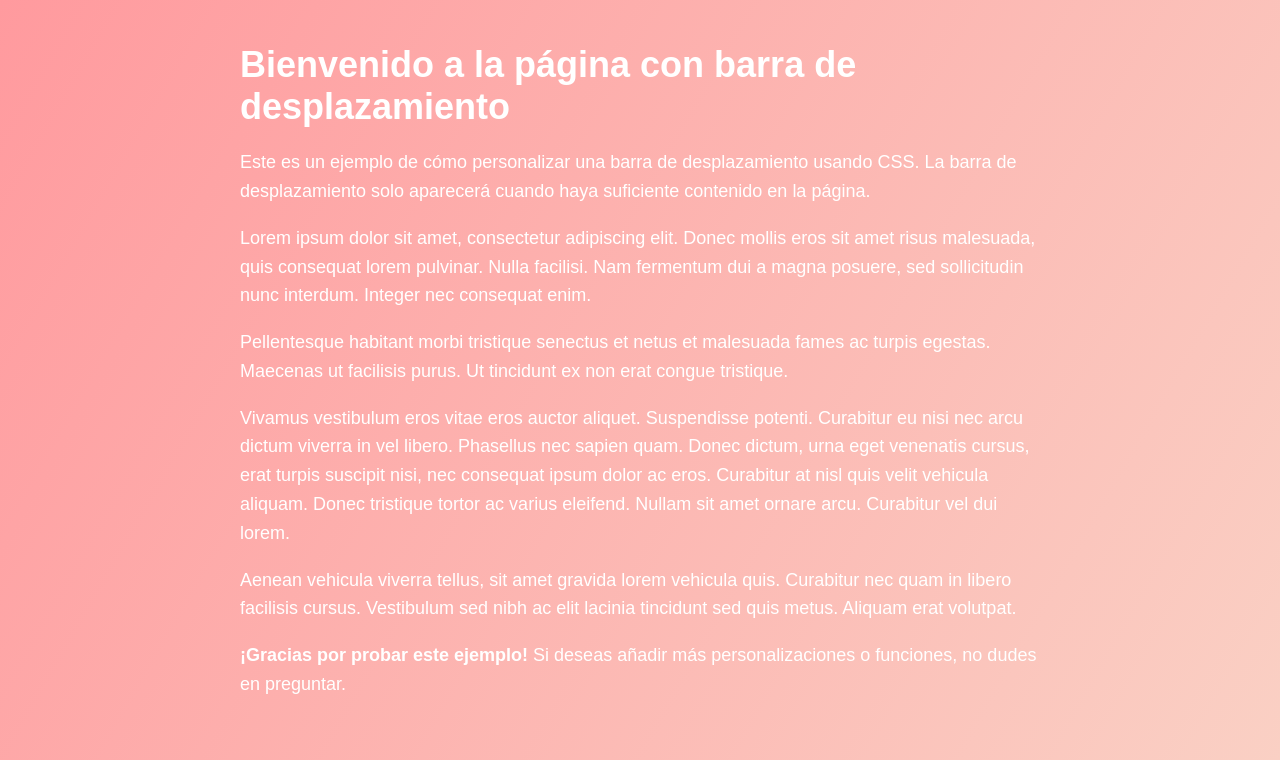
Repository: Jchimbo99/Esposa
Page: index.html
An editor plug-in stored every save of this project. The page is shown before and after the next save, followed by the edit.
The browser window is 1280 px wide. The pictures show the whole page.

Above is the page before, as saved 2025-01-24 11:32:13.

### index.html
<!DOCTYPE html>
<html lang="en">
<head>
    <meta charset="UTF-8">
    <meta name="viewport" content="width=device-width, initial-scale=1.0">
    <title>Barra de Desplazamiento</title>
    <style>
        body {
            background: linear-gradient(120deg, #ff9a9e, #fad0c4);
            font-family: 'Montserrat', sans-serif;
            color: #fff;
            text-align: center;
            padding: 20px;
            overflow-y: auto; /* Permite desplazamiento vertical */
            height: 100vh; /* Asegura que tome toda la pantalla */
            margin: 0;
        }

        /* Personalización de la barra de desplazamiento */
        body::-webkit-scrollbar {
            width: 10px;
        }

        body::-webkit-scrollbar-track {
            background: rgba(255, 255, 255, 0.2); /* Fondo de la barra */
            border-radius: 10px;
        }

        body::-webkit-scrollbar-thumb {
            background: #f67280; /* Color del control deslizante */
            border-radius: 10px;
        }

        body::-webkit-scrollbar-thumb:hover {
            background: #c06c84; /* Color al pasar el cursor */
        }

        .content {
            margin: 0 auto;
            max-width: 800px;
            text-align: left;
        }

        .content h1 {
            font-size: 36px;
            margin-bottom: 20px;
        }

        .content p {
            font-size: 18px;
            line-height: 1.6;
            margin-bottom: 15px;
        }
    </style>
</head>
<body>
    <div class="content">
        <h1>Bienvenido a la página con barra de desplazamiento</h1>
        <p>
            Este es un ejemplo de cómo personalizar una barra de desplazamiento usando CSS.
            La barra de desplazamiento solo aparecerá cuando haya suficiente contenido en la página.
        </p>
        <!-- Añade contenido de prueba -->
        <p>
            Lorem ipsum dolor sit amet, consectetur adipiscing elit. Donec mollis eros sit amet
            risus malesuada, quis consequat lorem pulvinar. Nulla facilisi. Nam fermentum dui a
            magna posuere, sed sollicitudin nunc interdum. Integer nec consequat enim.
        </p>
        <p>
            Pellentesque habitant morbi tristique senectus et netus et malesuada fames ac turpis
            egestas. Maecenas ut facilisis purus. Ut tincidunt ex non erat congue tristique.
        </p>
        <p>
            Vivamus vestibulum eros vitae eros auctor aliquet. Suspendisse potenti. Curabitur eu
            nisi nec arcu dictum viverra in vel libero. Phasellus nec sapien quam. Donec dictum,
            urna eget venenatis cursus, erat turpis suscipit nisi, nec consequat ipsum dolor ac
            eros. Curabitur at nisl quis velit vehicula aliquam. Donec tristique tortor ac varius
            eleifend. Nullam sit amet ornare arcu. Curabitur vel dui lorem.
        </p>
        <p>
            Aenean vehicula viverra tellus, sit amet gravida lorem vehicula quis. Curabitur nec
            quam in libero facilisis cursus. Vestibulum sed nibh ac elit lacinia tincidunt sed
            quis metus. Aliquam erat volutpat.
        </p>
        <p>
            <strong>¡Gracias por probar este ejemplo!</strong> Si deseas añadir más personalizaciones
            o funciones, no dudes en preguntar.
        </p>
    </div>
</body>
</html>

After the next save:
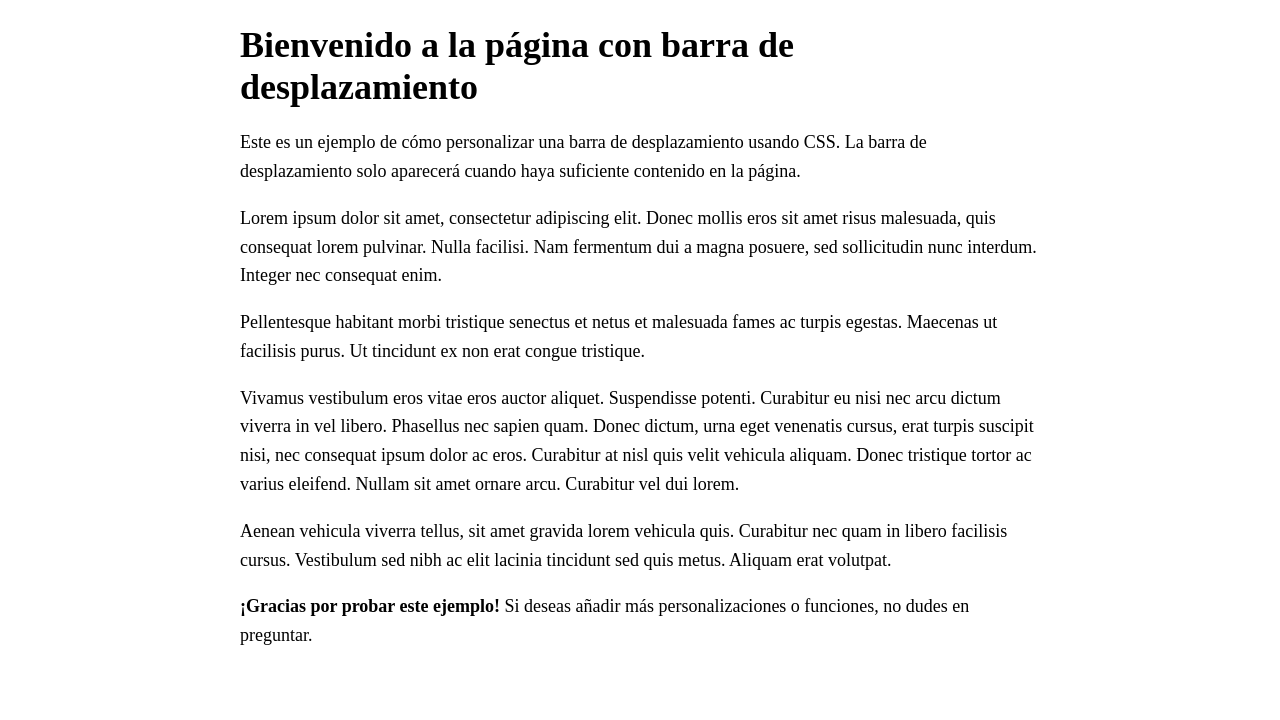
Saved 29 s later.
--- a/index.html
+++ b/index.html
@@ -5,16 +5,7 @@
     <meta name="viewport" content="width=device-width, initial-scale=1.0">
     <title>Barra de Desplazamiento</title>
     <style>
-        body {
-            background: linear-gradient(120deg, #ff9a9e, #fad0c4);
-            font-family: 'Montserrat', sans-serif;
-            color: #fff;
-            text-align: center;
-            padding: 20px;
-            overflow-y: auto; /* Permite desplazamiento vertical */
-            height: 100vh; /* Asegura que tome toda la pantalla */
-            margin: 0;
-        }
+
 
         /* Personalización de la barra de desplazamiento */
         body::-webkit-scrollbar {

After the save that followed:
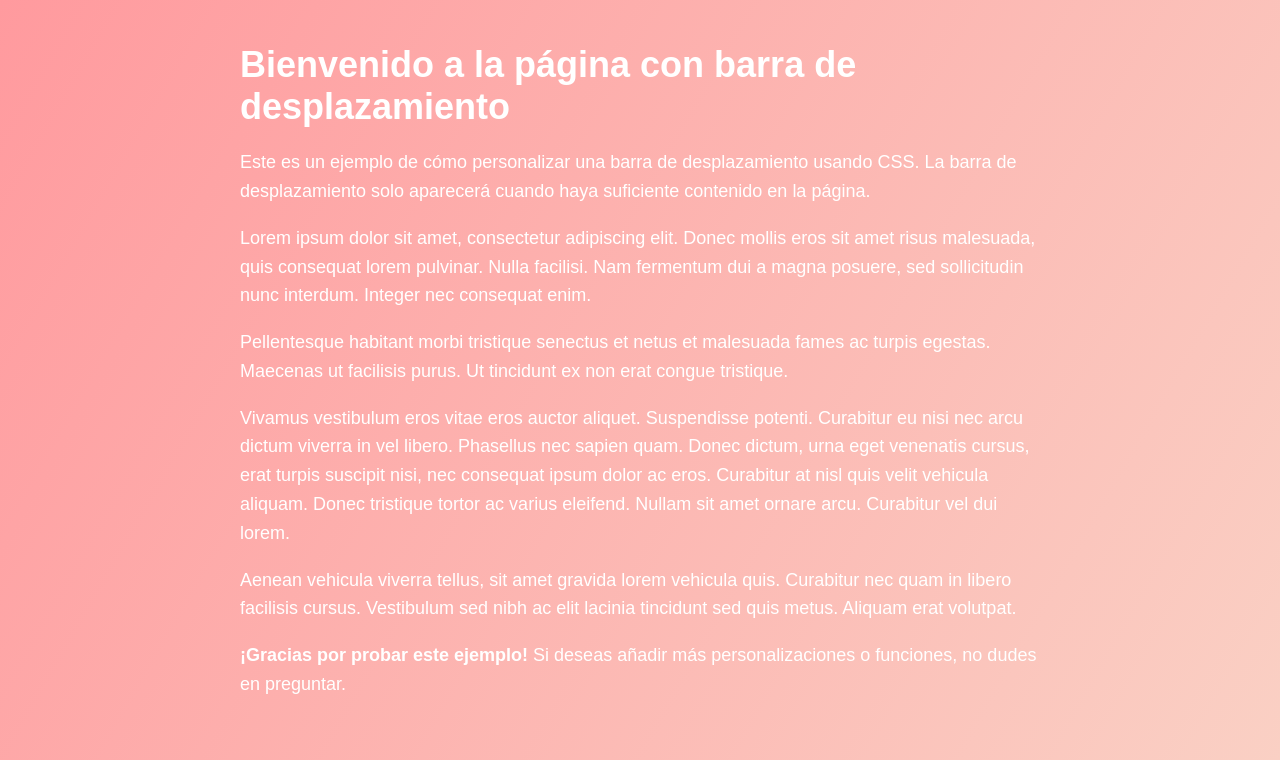
Saved 4 s later.
--- a/index.html
+++ b/index.html
@@ -5,7 +5,16 @@
     <meta name="viewport" content="width=device-width, initial-scale=1.0">
     <title>Barra de Desplazamiento</title>
     <style>
-
+        body {
+            background: linear-gradient(120deg, #ff9a9e, #fad0c4);
+            font-family: 'Montserrat', sans-serif;
+            color: #fff;
+            text-align: center;
+            padding: 20px;
+            overflow-y: auto; /* Permite desplazamiento vertical */
+            height: 100vh; /* Asegura que tome toda la pantalla */
+            margin: 0;
+        }
 
         /* Personalización de la barra de desplazamiento */
         body::-webkit-scrollbar {
